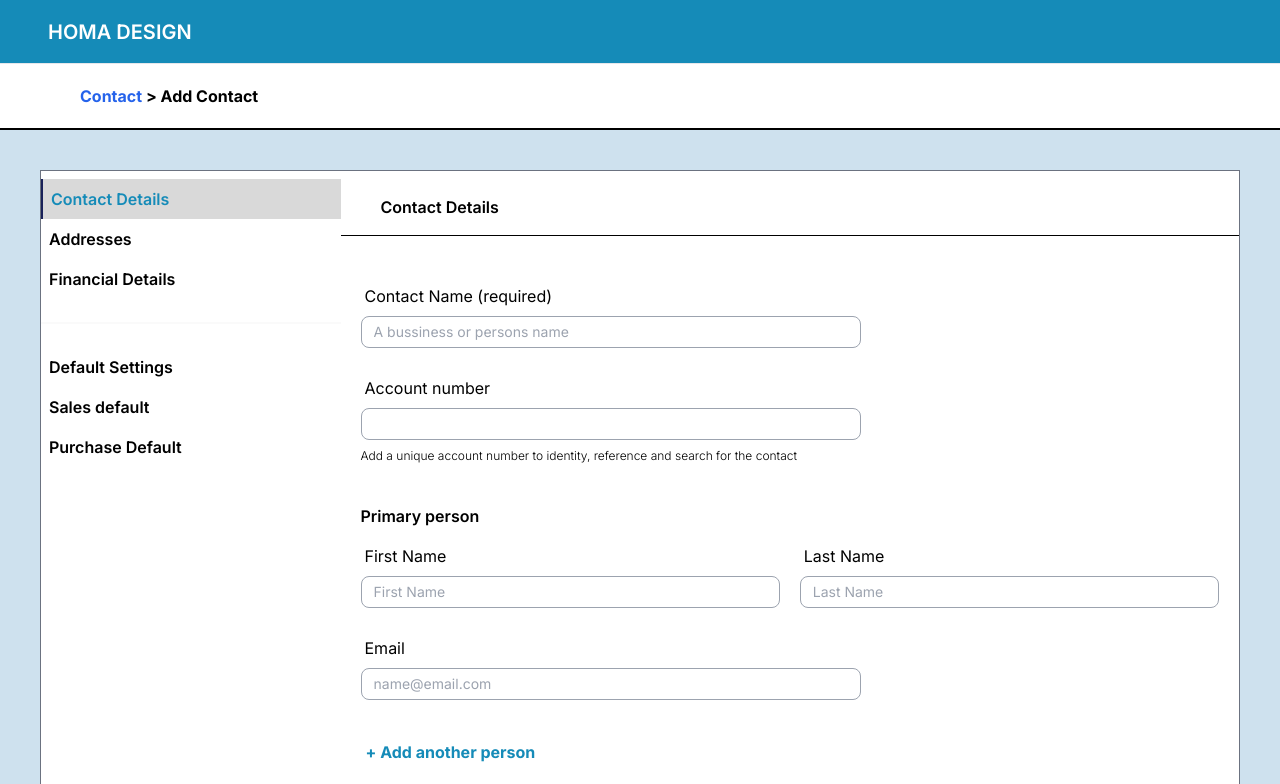
Repository: khairul35/homa-FE
Page: /contact
These files come from the project's save history. The page is drawn as it stood at one moment and after the next save; the edit follows.
The browser window is 1280 px wide. The pictures show the whole page.
An inner scrolling area shows only its first screen. The project was rebuilt for these pictures with package versions that can differ from the ones it lists, and the page was loaded fresh each time. The framework's server and built-in components were replaced by stand-ins that run in the browser. Also part of the build but not shown: next.config.js, app/components/layout/header/BusinessMenu.tsx, app/components/layout/header/CompanyMenu.tsx, app/contact/index.component.tsx.

Above is the page before, as saved 2024-01-06 15:16:50.

### app/layout.tsx
import type { Metadata } from 'next'
import { Inter } from 'next/font/google'
import Header from './components/layout/Header';
import './globals.css'

const inter = Inter({ subsets: ['latin'] })

export const metadata: Metadata = {
  title: 'MyAccount2U',
  description: 'Accounting System',
}

export default function RootLayout({
  children,
}: {
  children: React.ReactNode
}) {
  return (
    <html lang="en">
      <body className={inter.className}>
        <div className='flex flex-col h-screen'>
          <Header />
          {children}
        </div>
      </body>
    </html>
  )
}

### app/contact/page.tsx
'use client';
import { useState } from 'react';
import { ComponentProps, Contact } from './index.props';
import Component from './index.component';
import ContactForm from './form';
import { FormProps } from './form/index.props';

const emptySelectedContact: Contact = {
    id: null,
    name: '',
    accountNumber: '',
    youOwe: null,
    theyOwe: null,
    status: 'Active',
    type: 'Customers',
    website: null,
    registrationNumber: null,
    notes: null,
    isBillingSameAsDelivery: false,
    organizationId: null,
};

const Contact = () => {
    const [currentTab, setCurrentTab] = useState('all');
    const [show, setShow] = useState<'list'|'form'>('form');
    const [selectedContact, setSelectedContact] = useState<Contact>(emptySelectedContact)
    const selectedStyle = {
        backgroundColor: '#ECECEC',
        borderBottom: '3px solid #158BB8',
    };

    const onClickAddContact = () => {
        setSelectedContact(emptySelectedContact)
        setShow('form');
    };

    const componentProps: ComponentProps = {
        currentTab,
        selectedStyle,
        setCurrentTab,
        onClickAddContact
    };

    const contactFormProps: FormProps = {
        selectedContact,
        setShow,
    };

    if (show == 'list') {
        return (<Component {...componentProps} />);
    }
    if (show == 'form') {
        return (<ContactForm {...contactFormProps} />);
    }
    return(<></>);
};

export default Contact;

### app/contact/form/index.tsx
'use client';

import { useState } from "react";
import Component from "./index.component";
import { ComponentProps, FormProps } from "./index.props";

const ContactForm = (props: FormProps) => {
    const { selectedContact, setShow } = props;

    const [menu, setMenu] = useState<string>('details');

    const onBack = () => {
        setShow('list');
    };

    const componentProps: ComponentProps = {
        menu,
        selectedContact,
        setMenu,
        onBack,
    };

    return (<Component {...componentProps} />)
};

export default ContactForm;

### api/organization/index.ts
import repository from "../repository";
import { CreateOrganizationProps, UpdateOrganizationProps } from "./props";

const resource = '/api/organization';

const api = {
    findMyOrganization() {
        return repository.get(`${resource}/me`);
    },
    findMyOrganizations() {
        return repository.get(`${resource}/me/all`);
    },
    createOrganization(body: CreateOrganizationProps) {
        return repository.post(`${resource}`, body);
    },
    updateOrganization(body: UpdateOrganizationProps) {
        return repository.put(`${resource}`, body);
    },
    updateCurrentOrganization(organizationId: number) {
        return repository.put(`${resource}/current-organization/${organizationId}`);
    },
};

export default api;

### app/contact/form/index.component.tsx
import { ComponentProps } from "./index.props"
import styles from './index.module.css';
import ContactDetails from "./contact-details";

const Component = (props: ComponentProps) => {
    const { menu, selectedContact, setMenu, onBack } = props;

    const DetailComponent = () => {
        if (menu == 'details') {
            return (
                <>
                    <ContactDetails { ...{ contact: selectedContact } } />
                </>
            )
        }
        return (<></>)
    }

    return (
        <div className="bg-bg-color min-h-screen overflow-auto pb-5">
            <div className="bg-white border-b-2 border-black">
                <h1 className="pl-20 pt-5 pb-5 text-l font-bold">
                    <a
                        className="text-blue-600 cursor-pointer"
                        onClick={() => onBack()}
                    >
                        Contact
                    </a>
                    &nbsp;&gt; {selectedContact?.id ? selectedContact.name : 'Add Contact'}
                </h1>
            </div>
            <div
                className="flex
                    flex-col
                    md:flex-row
                    bg-white
                    m-10
                    pt-2
                    border-gray-500
                    border-solid
                    border"
                >
                <div className="md:w-1/4 md:order-1">
                    <div
                        className={`p-2 font-semibold cursor-pointer
                            ${styles.menu}
                            ${menu == 'details' ? styles.selectedMenu : ''}`
                        }
                        onClick={() => setMenu('details')}
                    >
                        Contact Details
                    </div>
                    <div
                        className={`p-2 font-semibold cursor-pointer
                            ${styles.menu}
                            ${menu == 'address' ? styles.selectedMenu : ''}`
                        }
                        onClick={() => setMenu('address')}
                    >
                        Addresses
                    </div>
                    <div
                        className={`p-2 font-semibold cursor-pointer
                            ${styles.menu}
                            ${menu == 'financial' ? styles.selectedMenu : ''}`
                        }
                        onClick={() => setMenu('financial')}
                    >
                        Financial Details
                    </div>
                    <div className="divider before:bg--gray-500 after:bg--gray-500"></div>
                    <div
                        className={`p-2 font-semibold cursor-pointer
                            ${styles.menu}
                            ${menu == 'setting' ? styles.selectedMenu : ''}`
                        }
                        onClick={() => setMenu('setting')}
                    >
                        Default Settings
                    </div>
                    <div
                        className={`p-2 font-semibold cursor-pointer
                            ${styles.menu}
                            ${menu == 'sales' ? styles.selectedMenu : ''}`
                        }
                        onClick={() => setMenu('sales')}
                    >
                        Sales default
                    </div>
                    <div
                        className={`p-2 font-semibold cursor-pointer
                            ${styles.menu}
                            ${menu == 'purchase' ? styles.selectedMenu : ''}`
                        }
                        onClick={() => setMenu('purchase')}
                    >
                        Purchase Default
                    </div>
                </div>
                <div className="md:w-3/4 md:order-2">
                    <DetailComponent />
                </div>
            </div>
        </div>
    );
};

export default Component;

### api/repository.ts
import axios from 'axios';
import AuthRepository from './auth';

const repository = axios.create({
    baseURL: 'http://localhost:3000',
});

// Request interceptor to add Bearer token to outgoing requests
repository.interceptors.request.use(
    (config) => {
        const accessToken = localStorage.getItem('accessToken');
        if (accessToken) {
            config.headers.Authorization = `Bearer ${accessToken}`;
        }
        return config;
    },
    (error) => {
        return Promise.reject(error);
    }
);

let isRefreshing = false;
let failedQueue: any = [];

// Function to refresh the session and retry failed requests
async function retryFailedRequests(error: any) {
    if (isRefreshing) {
        try {
            const { data } = await AuthRepository.refreshToken();
            localStorage.setItem('accessToken', data.accessToken);
            localStorage.setItem('refreshToken', data.refreshToken);
            localStorage.setItem('isLogin', 'true');
            failedQueue.forEach((prom: any) => {
                prom.resolve(repository(prom.originalRequest));
            });
            failedQueue = [];
        } catch (error) {
            localStorage.setItem('isLogin', 'false');
            window.location.href = '/login';
            failedQueue.forEach((prom: any) => {
                prom.reject(error);
            });
            failedQueue = [];
        } finally {
            isRefreshing = false;
        }
    }
}

// Response interceptor to handle failed requests due to expired tokens
repository.interceptors.response.use(
    (response) => response,
    async (error) => {
        const {
            config,
            response: { status },
        } = error;

        if (status === 401) {
            const originalRequest = config;
            if (!isRefreshing) {
                isRefreshing = true;
                return new Promise((resolve, reject) => {
                    failedQueue.push({ resolve, reject, originalRequest });
                    retryFailedRequests(error);
                }).then((res) => {
                    return res;
                }).catch((err) => {
                    return Promise.reject(err);
                });
            } else {
                return new Promise((resolve, reject) => {
                    failedQueue.push({ resolve, reject, originalRequest });
                }).then((res) => {
                    return res;
                }).catch((err) => {
                    return Promise.reject(err);
                });
            }
        }
        return Promise.reject(error.response);
    }
);

export default repository;

### app/contact/form/index.module.css
.selectedMenu {
    background: #D9D9D9;
    color: #158BB8;
    border-left: 2px solid #192159 !important;
}

.menu:hover {
    background: #ececec;
    color: #158BB8;
    border-left: 2px solid #192059a1 !important;
}

### app/contact/form/contact-details/index.tsx
'use client';
import Component from "./index.component";
import { ComponentProps, ContactDetailProps } from "./index.props";

const ContactDetails = (props: ContactDetailProps) => {
    const { contact } = props;

    const componentProps: ComponentProps = {
        contact,
    };

    return (<Component {...componentProps} />)
};

export default ContactDetails;

### api/auth.ts
import repository from "./repository";

const resource = "/api/auth";

const api = {
    login(username: string, password: string) {
        return repository.post(
            `${resource}/login`,
            { username, password },
        );
    },
    refreshToken() {
        return repository.post(
            `${resource}/refreshToken`,
            { refreshToken: localStorage.getItem('refreshToken') },
        );
    },
    logout() {
        return repository.post(`${resource}/logout`);
    },
    logoutAllDevice() {
        return repository.post(`${resource}/logout/all-device`);
    },
};

export default api;

### app/contact/form/contact-details/index.component.tsx
import { ComponentProps } from "./index.props";
import styles from './index.module.css';

const Component = (props: ComponentProps) => {
    const { contact } = props;

    const labelClass = "input-sm input input-bordered  bg-white border-gray-400 w-full md:w-[500px]"

    return (
        <div>
            <h2 className="p-4 pl-10 font-semibold">Contact Details</h2>
            <div className={styles.divider}></div>
            <div className="p-5">
                <form method="dialog">
                    <label className="label mt-5">Contact Name (required)</label>
                    <input
                        placeholder="A bussiness or persons name"
                        className={labelClass}
                    />
                    <label className="label mt-5">Account number</label>
                    <input
                        placeholder=""
                        className={labelClass}
                    />
                    <p className="text-xs font-light pt-2">
                        Add a unique account number to identity, reference and search for the contact
                    </p>
                    <h2 className="pt-10 font-semibold">Primary person</h2>
                    <div className="flex flex-wrap justify-center md:justify-start gap-5">
                        {/* First Name */}
                        <div className="w-full md:w-[calc(50%-10px)]">
                            <label className="label mt-2">First Name</label>
                            <input
                                type="text"
                                placeholder="First Name"
                                className="input-sm input input-bordered bg-white border-gray-400 w-full"
                            />
                        </div>

                        {/* Last Name */}
                        <div className="w-full md:w-[calc(50%-10px)]">
                            <label className="label mt-2">Last Name</label>
                            <input
                                type="text"
                                placeholder="Last Name"
                                className="input-sm input input-bordered bg-white border-gray-400 w-full"
                            />
                        </div>
                    </div>
                    <label className="label mt-5">Email</label>
                    <input
                        placeholder="name@email.com"
                        className={labelClass}
                    />
                    <div className="pt-10">
                        <a className={styles.addAnotherPersonAnchor}>
                            + Add another person
                        </a>
                    </div>
                </form>
            </div>
        </div>
    );
};

export default Component;

### app/contact/form/contact-details/index.module.css
.divider {
    border-bottom: 1px solid #000;
}

.addAnotherPersonAnchor {
    color: #158BB8;
    padding: 5px;
    margin-top: 20px;
    cursor: pointer;
    font-weight: bold;
}

### tailwind.config.ts
import type { Config } from 'tailwindcss'

const config: Config = {
  content: [
    './pages/**/*.{js,ts,jsx,tsx,mdx}',
    './components/**/*.{js,ts,jsx,tsx,mdx}',
    './app/**/*.{js,ts,jsx,tsx,mdx}',
  ],
  theme: {
    extend: {
      backgroundImage: {
        'gradient-radial': 'radial-gradient(var(--tw-gradient-stops))',
        'gradient-conic':
          'conic-gradient(from 180deg at 50% 50%, var(--tw-gradient-stops))',
      },
      backgroundColor: {
        'bg-color': '#CEE1EE', // Define a custom background color class
      },
      button: {
        'primary': '#158BB8',
      },
      fontWeight: {
        'label': '600',
      },
    },
  },
  plugins: [require("daisyui")],
  daisyui: {
    themes: [
      {
        mytheme: {
          "primary": "#158BB8",
          "secondary": "#d926a9",
          "accent": "#1fb2a6",
          "neutral": "#2a323c",
          "base-100": "#1d232a",
          "info": "#3abff8",
          "success": "#36d399",
          "warning": "#fbbd23",
          "error": "#f87272",
        },
      },
    ],
  },
}
export default config

Loaded but not shown: app/globals.css (common file); app/components/layout/Header.tsx (150 lines, source omitted)

After the next save:
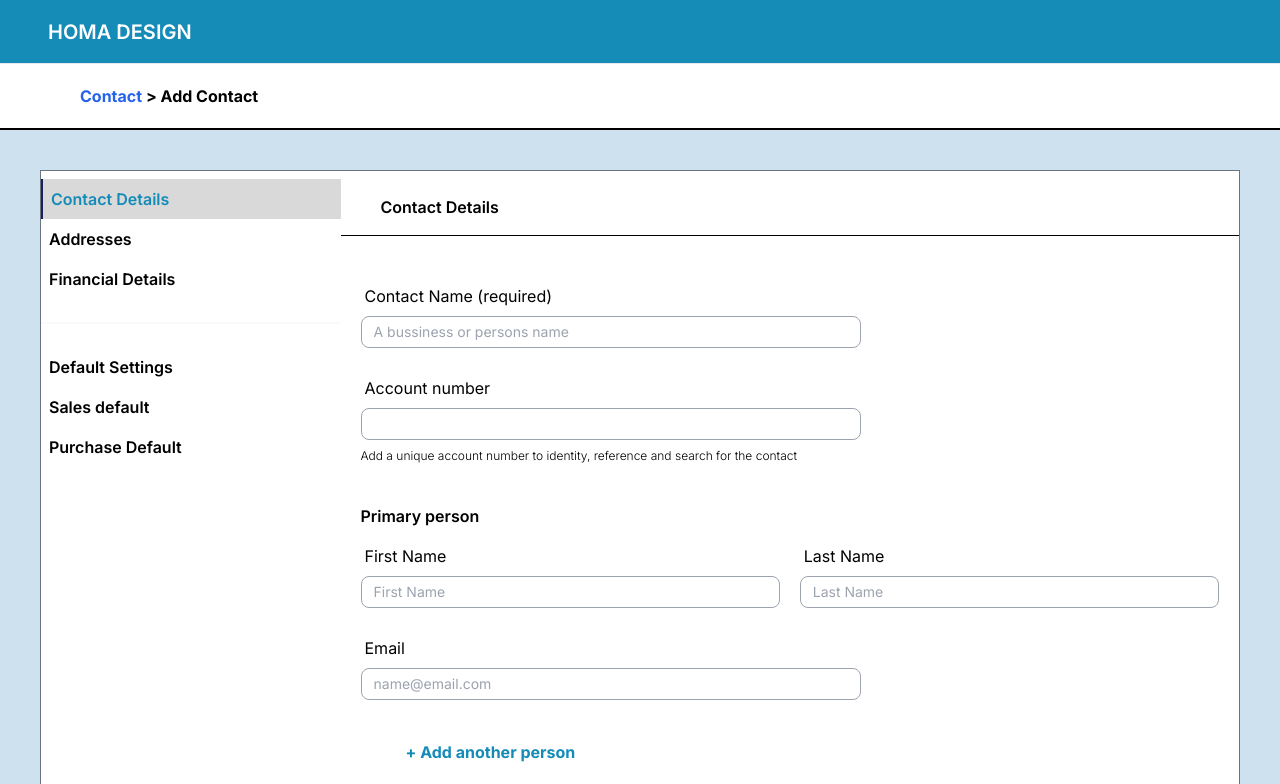
Saved 8 s later.
--- a/app/contact/form/contact-details/index.component.tsx
+++ b/app/contact/form/contact-details/index.component.tsx
@@ -52,7 +52,7 @@ const Component = (props: ComponentProps) => {
                         placeholder="name@email.com"
                         className={labelClass}
                     />
-                    <div className="pt-10">
+                    <div className="p-10">
                         <a className={styles.addAnotherPersonAnchor}>
                             + Add another person
                         </a>
